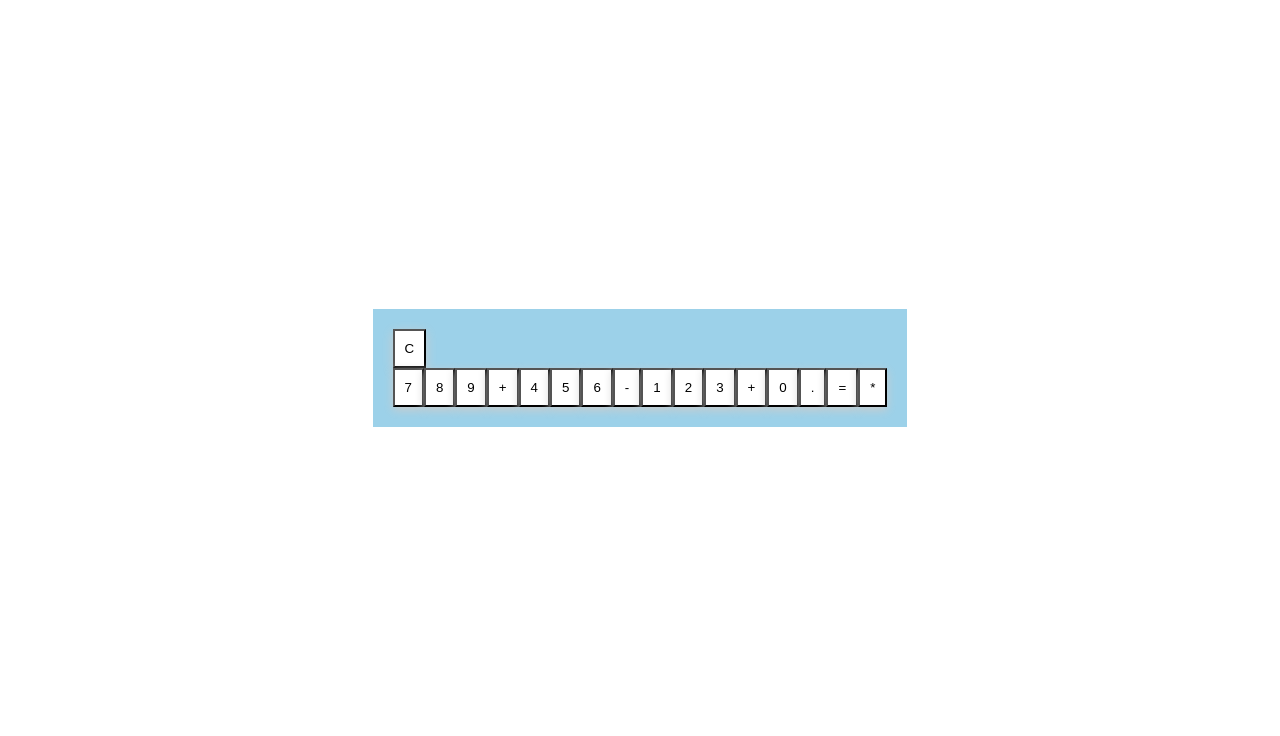
Repository: sem1103/calculator
Page: index.html
An editor plug-in stored every save of this project. The page is shown before and after the next save, followed by the edit.
The browser window is 1280 px wide. The pictures show the whole page.

Above is the page before, as saved 2023-11-01 19:36:41.

After the next save:
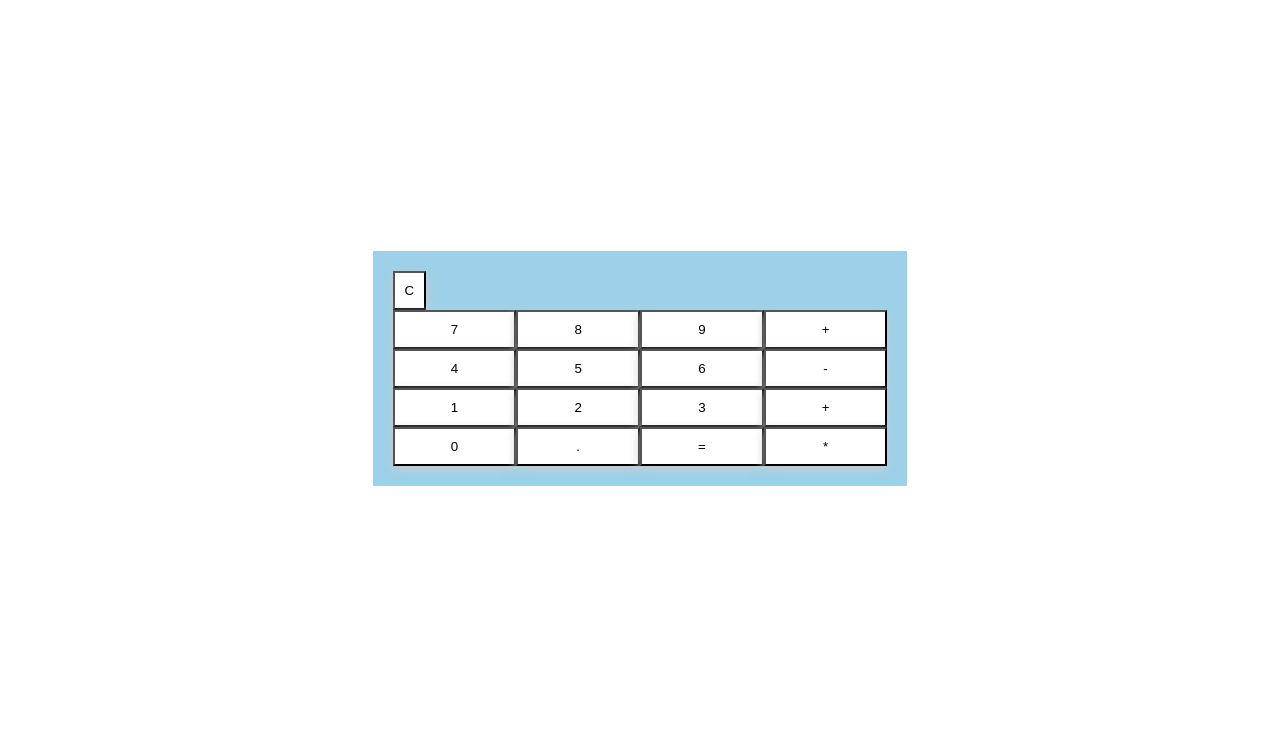
Saved 3 min 46 s later.
--- a/index.html
+++ b/index.html
@@ -29,6 +29,7 @@
             text-align: center;
             background-color: #fff;
             box-shadow: 0 3px 10px #ccc;
+            flex-basis: 25%;
         }
     </style>
 </head>
